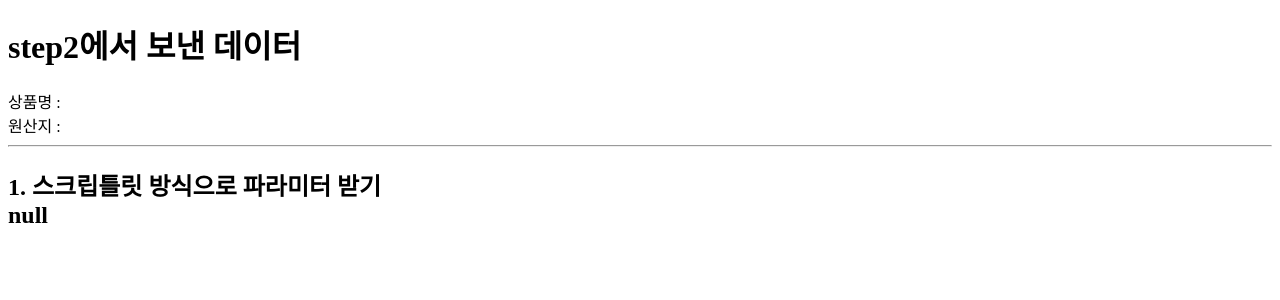
Repository: HaeunOh/study
Page: http://localhost/jstl_study/step-3.jsp
An editor plug-in stored every save of this project. The page is shown before and after the next save, followed by the edit.
The browser window is 1280 px wide. The pictures show the whole page.
The page is served by Tomcat 9. Other server files are loaded and not shown.

Above is the page before, as saved 2024-04-11 03:09:30.

### _jstl_workspace/jstl_study/src/main/webapp/step-3.jsp
<%@ page language="java" contentType="text/html; charset=UTF-8"
    pageEncoding="UTF-8"%>
<!DOCTYPE html>
<html>
<head>
<meta charset="UTF-8">
<title>step3</title>
</head>
<body>
	<h1>step2에서 보낸 데이터</h1>
	상품명 : ${param.name } <br>
	원산지 : ${param.addr } <br>
	<hr>
	<h2>
		1. 스크립틀릿 방식으로 파라미터 받기 <br>

		<%= request.getParameter("name") %>
	</h2>
</body>
</html>

After the next save:
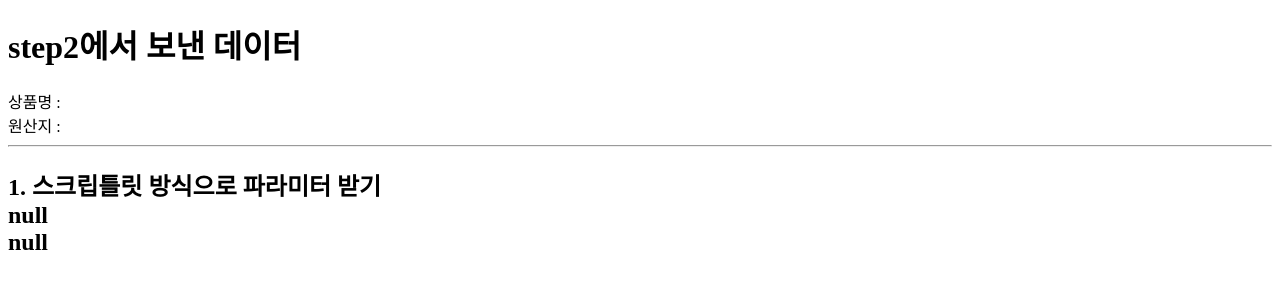
Saved 28 s later.
--- a/_jstl_workspace/jstl_study/src/main/webapp/step-3.jsp
+++ b/_jstl_workspace/jstl_study/src/main/webapp/step-3.jsp
@@ -14,7 +14,8 @@
 	<h2>
 		1. 스크립틀릿 방식으로 파라미터 받기 <br>
 
-		<%= request.getParameter("name") %>
+		<%= request.getParameter("name") %> <br>
+		<%= request.getParameter("addr") %> <br>
 	</h2>
 </body>
 </html>
